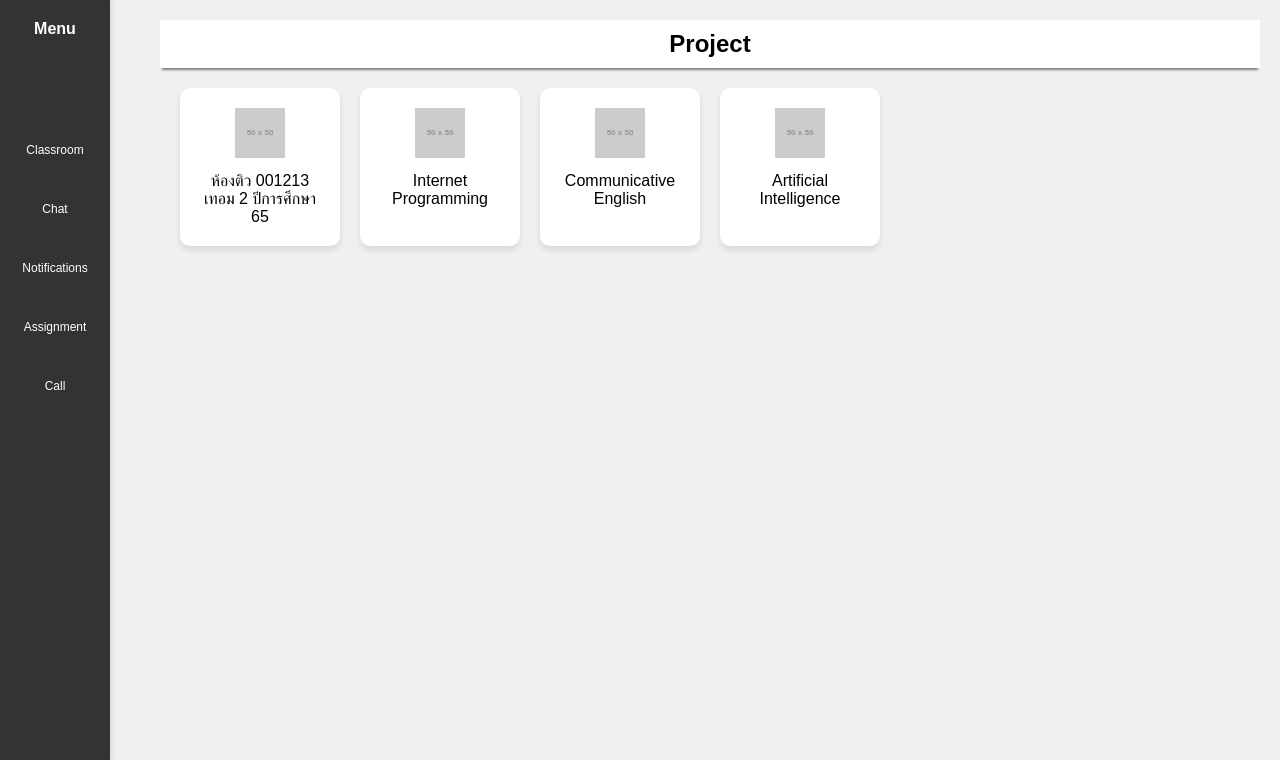
Repository: praifas16/ProPro
Page: docs/studenthead.html
These files come from the project's save history. The page is drawn as it stood at one moment and after the next save; the edit follows.
The browser window is 1280 px wide. The pictures show the whole page.

Above is the page before, as saved 2024-08-21 20:12:10.

### docs/studenthead.html
<!DOCTYPE html>
<html lang="th">
<head>
    <meta charset="UTF-8">
    <meta name="viewport" content="width=device-width, initial-scale=1.0">
    <title>My Dashboard</title>
    <style>
        body {
            font-family: Arial, sans-serif;
            margin: 0;
            padding: 0;
            background-color: #f0f0f0;
            display: flex;
        }

        /* เมนูแถบข้าง */
        .sidebar {
            width: 70px;
            background-color: #333;
            color: white;
            height: 100vh;
            padding: 20px 20px;
            box-shadow: 2px 0 5px rgba(0, 0, 0, 0.1);
            display: flex;
            flex-direction: column;
            align-items: center;
        }

        .menu-header {
            margin-bottom: 40px; /* ปรับระยะห่าง */
            font-size: 16px;
            font-weight: bold;
        }

        .menu-items {
            margin-top: 50px; /* เพิ่มระยะห่างด้านบน เพื่อให้ตรงกับบ็อกสี่เหลี่ยม */
        }

        .sidebar a {
            display: flex;
            flex-direction: column;
            align-items: center;
            color: white;
            padding: 10px;
            text-decoration: none;
            margin-bottom: 20px;
            font-size: 12px;
            text-align: center;
        }

        .sidebar a:hover {
            background-color: #5f5f5f;
            border-radius: 4px;
            width: 80%;
            text-align: center;
        }

        .sidebar i {
            font-size: 24px;
            margin-bottom: 5px;
        }

        /* โครงสร้างหน้าเว็บหลัก */
        .main-content {
            flex-grow: 1;
            padding: 20px 20px 20px 50px; /* เพิ่ม padding ด้านซ้ายเพื่อให้เนื้อหาหลักอยู่ในระนาบเดียวกัน */
        }

        header {
            background-color: #ffffff;
            padding: 10px;
            text-align: center;
            box-shadow: 0px 4px 2px -2px gray;
        }

        h1 {
            margin: 0;
            font-size: 24px;
        }

        .container {
            display: grid;
            grid-template-columns: repeat(auto-fill, minmax(150px, 1fr));
            gap: 20px;
            padding: 20px;
        }

        .card {
            background-color: #ffffff;
            border-radius: 10px;
            box-shadow: 0 4px 6px rgba(0, 0, 0, 0.1);
            text-align: center;
            padding: 20px;
            transition: transform 0.3s;
        }

        .card:hover {
            transform: scale(1.05);
        }

        .card img {
            width: 50px;
            height: 50px;
            margin-bottom: 10px;
        }

        .card p {
            margin: 0;
            font-size: 16px;
        }
    </style>
</head>
<body>
    <!-- เมนูแถบข้าง -->
    <div class="sidebar">
        <div class="menu-header">Menu</div>
        <div class="menu-items">
            <a href="#"><i class="fa fa-home"></i><span>Classroom</span></a>
            <a href="#"><i class="fa fa-users"></i><span>Chat</span></a>
            <a href="#"><i class="fa fa-notificat"></i><span>Notifications</span></a>
            <a href="#"><i class="fa fa-assign"></i><span>Assignment</span></a>
            <a href="#"><i class="fa fa-phone"></i><span>Call</span></a>
        </div>
    </div>

    <!-- เนื้อหาหลัก -->
    <div class="main-content">
        <header>
            <h1>Project</h1>
        </header>
        <div class="container">
            <div class="card">
                <img src="https://via.placeholder.com/50" alt="icon">
                <p>ห้องติว 001213 เทอม 2 ปีการศึกษา 65</p>
            </div>
            <div class="card">
                <img src="https://via.placeholder.com/50" alt="icon">
                <p>Internet Programming</p>
            </div>
            <div class="card">
                <img src="https://via.placeholder.com/50" alt="icon">
                <p>Communicative English</p>
            </div>
            <div class="card">
                <img src="https://via.placeholder.com/50" alt="icon">
                <p>Artificial Intelligence</p>
            </div>
            <!-- เพิ่มเติม Card อื่น ๆ ตามต้องการ -->
        </div>
    </div>
</body>
</html>

After the next save:
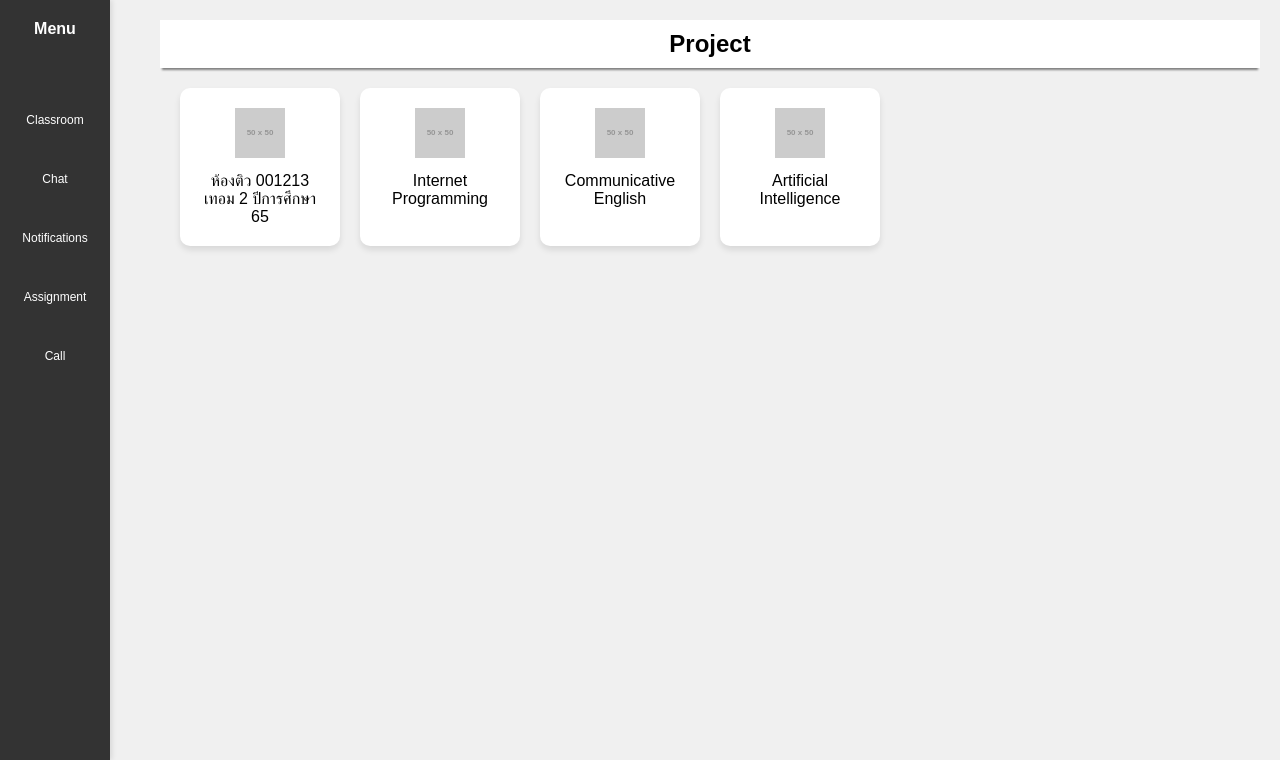
Saved 36 s later.
--- a/docs/studenthead.html
+++ b/docs/studenthead.html
@@ -33,7 +33,7 @@
         }
 
         .menu-items {
-            margin-top: 50px; /* เพิ่มระยะห่างด้านบน เพื่อให้ตรงกับบ็อกสี่เหลี่ยม */
+            margin-top: 20px; /* เพิ่มระยะห่างด้านบน เพื่อให้ตรงกับบ็อกสี่เหลี่ยม */
         }
 
         .sidebar a {
